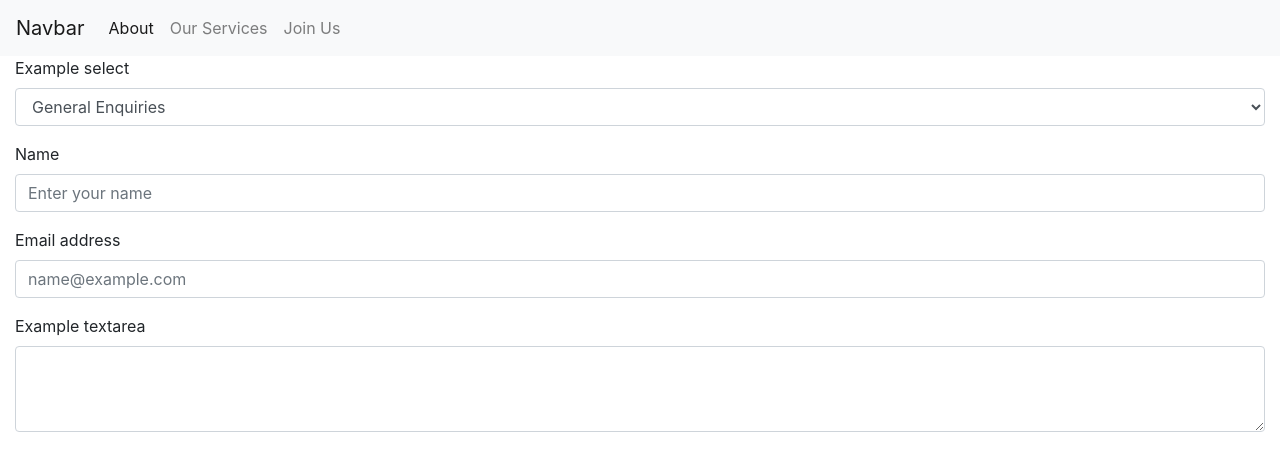
Repository: Code-Institute-Submissions/Jasonngyt-Project1
Page: enquiry.html
The author's editor kept a record of every edit. The page is drawn from the files as they stood at one moment, then again after the next edit.
The browser window is 1280 px wide. The pictures show the whole page.
Some web libraries are served in a nearby version.

Above is the page before.

After the next edit:
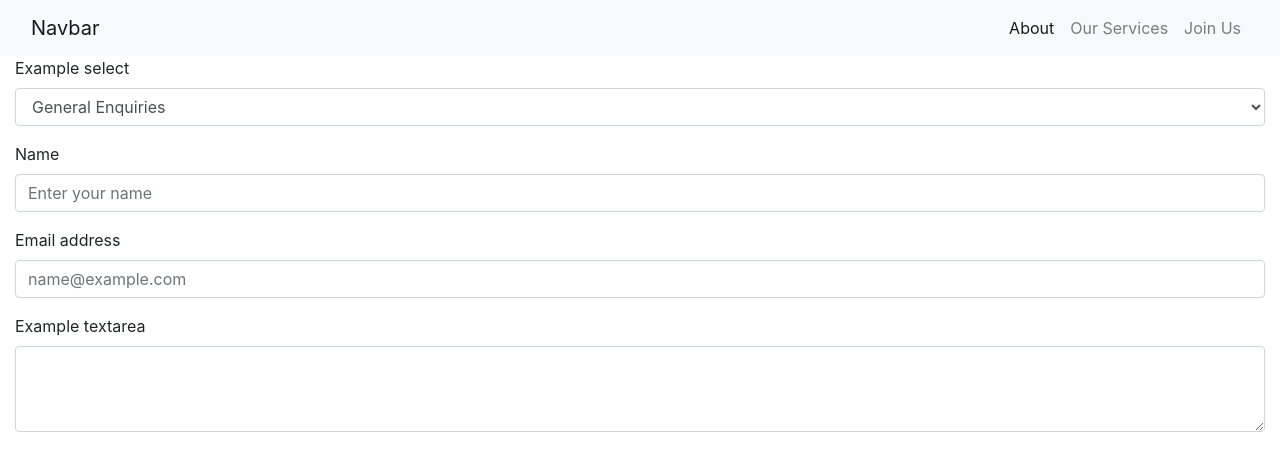
The edit:
--- a/enquiry.html
+++ b/enquiry.html
@@ -15,24 +15,26 @@
 <body>
 
     <!-- Navbar -->
-    <nav class="navbar navbar-expand-lg navbar-light bg-light">
-        <a class="navbar-brand" href="#">Navbar</a>
-        <button class="navbar-toggler" type="button" data-toggle="collapse" data-target="#navbarSupportedContent">
-            <span class="navbar-toggler-icon"></span>
-        </button>
+    <nav class="navbar navbar-expand-md navbar-light bg-light">
+        <div class="container-fluid">
+            <a class="navbar-brand" href="#">Navbar</a>
+            <button class="navbar-toggler" type="button" data-toggle="collapse" data-target="#navbarSupportedContent">
+                <span class="navbar-toggler-icon"></span>
+            </button>
 
-        <div class="collapse navbar-collapse" id="navbarSupportedContent">
-            <ul class="navbar-nav mr-auto">
-                <li class="nav-item active">
-                    <a class="nav-link" href="#">About <span class="sr-only">(current)</span></a>
-                </li>
-                <li class="nav-item">
-                    <a class="nav-link" href="services.html">Our Services</a>
-                </li>
-                <li class="nav-item">
-                    <a class="nav-link" href="enquiry.html" tabindex="-1">Join Us</a>
-                </li>
-            </ul>
+            <div class="collapse navbar-collapse" id="navbarSupportedContent">
+                <ul class="navbar-nav ml-auto">
+                    <li class="nav-item active">
+                        <a class="nav-link" href="#">About <span class="sr-only">(current)</span></a>
+                    </li>
+                    <li class="nav-item">
+                        <a class="nav-link" href="services.html">Our Services</a>
+                    </li>
+                    <li class="nav-item">
+                        <a class="nav-link" href="enquiry.html" tabindex="-1">Join Us</a>
+                    </li>
+                </ul>
+            </div>
         </div>
     </nav>
 
